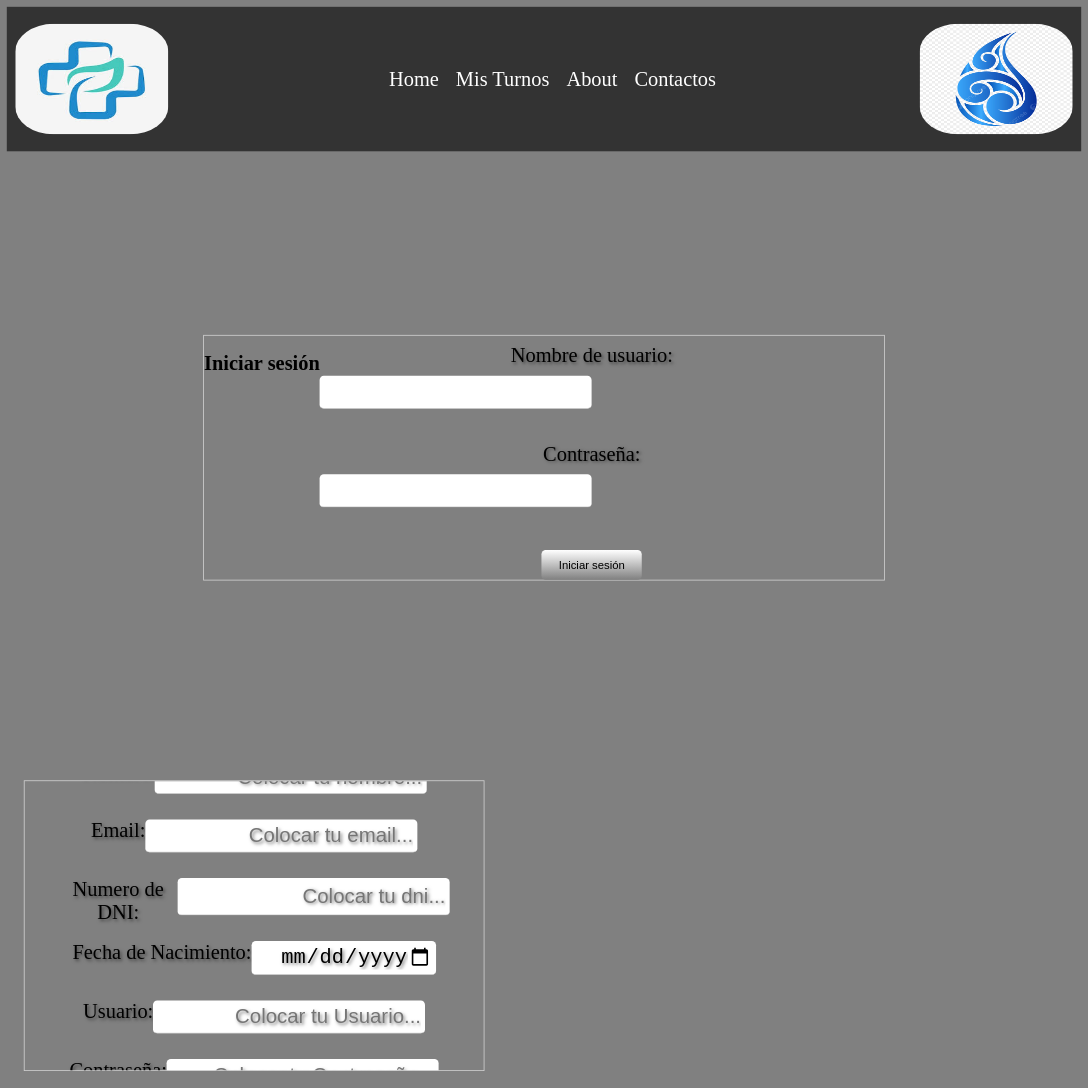
Repository: mauro8778/TurnoClinica
Page: / (app in front/vite-project/)
These files come from the project's save history. The page is drawn as it stood at one moment and after the next save; the edit follows.
The browser window is 1280 px wide. The pictures show the whole page, at 85% of full size.
The project was rebuilt for these pictures with package versions that can differ from the ones it lists, and the page was loaded fresh each time. Also part of the build but not shown: front/vite-project/vite.config.js.

Above is the page before, as saved 2024-04-14 14:05:42.

### front/vite-project/src/App.jsx

import "./index.css"
import NavBar from "./components/NavBar/NavBar.jsx";
import Login from "./views/Login/Login"
import Register from "./views/Register/Register.jsx";


function App() {


  return (
    <>
    <NavBar/>
  <Login/>
  <Register/>
    </>


  )
}

export default App

### front/vite-project/src/index.css
body{

  background-color: grey;
}

### front/vite-project/src/components/NavBar/NavBar.jsx

import  "./NavBar.css";
import hospital from "../../assets/hospital.jpg"
import logo from "../../assets/logo.jpg"


const NavBar=()=>{

    return(
    <>

    <div className="navbar">
      <img src={hospital} alt="Imagen 1" className="left-image" />
      <ul className="nav-list">
        <li>Home</li>
        <li>Mis Turnos </li>
        <li>About</li>
        <li>Contactos </li>
      </ul>
      <img src={logo} alt="Imagen 2" className="right-image" />
    </div>


    </>
    )
}
export default NavBar;

### front/vite-project/src/views/Login/Login.jsx
import { useState } from "react";
import axios from "axios"
import "./login.css";

const LoginForm = () => {
  const [credentials, setCredentials] = useState({
    username: "",
    password: ""
  });

  const [error, setError] = useState("");

  const handleInputChange = (event) => {
    const { name, value } = event.target;
    setCredentials({
      ...credentials,
      [name]: value
    });
  };

  const handleFormSubmit = async (event) => {
    event.preventDefault();
    if (!credentials.username && !credentials.password) {
        setError("Faltan rellenar los campos de usuario y contraseña");
        return;
      }
      if (!credentials.username) {
        setError("Falta colocar el nombre de usuario");
        return;
      }
      if (!credentials.password) {
        setError("Falta colocar la contraseña");
        return;
      }
    try {
        const response = await axios.post("http://localhost:3000/users/loguin", credentials);
        if (response.status === 200) {
          alert("Inicio de sesión exitoso");
        } else {
          setError("Credenciales inválidas");
        }
    } catch (error) {
        if (error.response && error.response.status === 400) {
          setError("Usuario inexistente");
        } else if (error.response && error.response.status === 401) {
          setError("Contraseña incorrecta");
        } else {
          setError ("Error al iniciar sesión. Por favor, inténtalo de nuevo más tarde");
        }
    }
};
  return (
    <div className="card-container">
    <div className="card">
      <h2>Iniciar sesión</h2>
      <form onSubmit={handleFormSubmit} className="form-container">
        <div className="input-container">
          <label htmlFor="username">Nombre de usuario:</label>
          <input
            type="text"
            id="username"
            name="username"
            value={credentials.username}
            onChange={handleInputChange}
          />
        </div>
        <div className="input-container">
          <label htmlFor="password">Contraseña:</label>
          <input
            type="password"
            id="password"
            name="password"
            value={credentials.password}
            onChange={handleInputChange}
          />
        </div>
        {error && <p className="error">{error}</p>}
        <button type="submit">Iniciar sesión</button>
      </form>
    </div>
  </div>
);
};

export default LoginForm;

### front/vite-project/src/views/Register/Register.jsx

import { useState, useEffect } from "react";
import "../Register/Register.css";
import { Validate } from "../../helper/validate";
import axios from "axios";

const Register = () => {
  const [userData, setUserData] = useState({
    name: "",
    email: "",
    nDni: "",
    birthdate: "",
    username: "",
    password: ""
  });

  const [errors, setErrors] = useState({
    name: "",
    email: "",
    nDni: "",
    birthdate: "",
    username: "",
    password: ""
  });

  const [formSubmitted, setFormSubmitted] = useState(false);

  const handleInputChange = (event) => {
    const { name, value } = event.target;
    setUserData({
      ...userData,
      [name]: value
    });
  };

  const handleFormSubmit = (event) => {
    event.preventDefault();
    setFormSubmitted(true);
  };

  useEffect(() => {
    if (formSubmitted) {
      const currentErrors = Validate(userData);
      setErrors(currentErrors);

      const noErrors = Object.values(currentErrors).every(
        (error) => error === ""
      );

      if (noErrors) {
        axios
          .post("http://localhost:3000/users/register", userData)
          .then(() => {
            alert("Usuario creado con éxito");
            setFormSubmitted(false);
            setUserData({
              name: "",
              email: "",
              nDni: "",
              birthdate: "",
              username: "",
              password: ""
            });
            setErrors({
              name: "",
              email: "",
              nDni: "",
              birthdate: "",
              username: "",
              password: ""
            });
          })
          .catch((error) => {
            console.error("Error al enviar los datos:", error);
          });
      }
    }
  }, [formSubmitted, userData]);

  return (
    <>
      <div className="tarjeta">
        <div className="contenido">
          <h2>Formulario de Registro</h2>
          <form onSubmit={handleFormSubmit}>
            <label htmlFor="name">
              Nombre:
              <input
                type="text"
                value={userData.name}
                name="name"
                placeholder="Colocar tu nombre..."
                onChange={handleInputChange}
              />
            </label>
            {formSubmitted && <p className="error">{errors.name}</p>}

            <label htmlFor="email">
              Email:
              <input
                type="text"
                value={userData.email}
                name="email"
                placeholder="Colocar tu email..."
                onChange={handleInputChange}
              />
            </label>
            {formSubmitted && <p className="error">{errors.email}</p>}

            <label htmlFor="nDni">
              Numero de DNI:
              <input
                type="text"
                value={userData.nDni}
                name="nDni"
                placeholder="Colocar tu dni..."
                onChange={handleInputChange}
              />
            </label>
            {formSubmitted && <p className="error">{errors.nDni}</p>}

            <label htmlFor="birthdate">
              Fecha de Nacimiento:
              <input
                type="date"
                value={userData.birthdate}
                name="birthdate"
                placeholder="Colocar tu Fecha de Nacimiento..."
                onChange={handleInputChange}
              />
            </label>
            {formSubmitted && <p className="error">{errors.birthdate}</p>}

            <label htmlFor="username">
              Usuario:
              <input
                type="text"
                value={userData.username}
                name="username"
                placeholder="Colocar tu Usuario..."
                onChange={handleInputChange}
              />
            </label>
            {formSubmitted && <p className="error">{errors.username}</p>}

            <label htmlFor="password">
              Contraseña:
              <input
                type="password"
                value={userData.password}
                name="password"
                placeholder="Colocar tu Contraseña..."
                onChange={handleInputChange}
              />
            </label>
            {formSubmitted && <p className="error">{errors.password}</p>}

            <button type="submit">Enviar</button>
          </form>
        </div>
      </div>
    </>
  );
};

export default Register;

### front/vite-project/src/components/NavBar/NavBar.css
.navbar {
  display: flex;
  justify-content: space-between;
  align-items: center;
  background-color: #333;
  padding: 10px;
  height: 150px;
}

.nav-list {
  list-style: none;
  display: flex;
  margin: 0;
  padding: 0;
}

.nav-list li {
  margin-left: 20px;
  color: white;
  font-size: 1.5rem;
}

.left-image,
.right-image {
  width: 180px;
  height: 130px;
  border-radius: 25%;
}

### front/vite-project/src/views/Login/login.css
.card-container {
  display: flex;
  justify-content: center;
  align-items: center;
  height: 100vh;
}
.centered{
  text-align: center;
  font-size: 3rem;
  color: black;
  padding: 10px 20px;
  text-shadow: 2px 2px 4px rgba(0, 0, 0, 0.5);
}
label{
  text-align: center;
  font-size: 1.5rem;
  color: black;
  padding: 10px 20px;
  border-radius: 5px;
  text-shadow: 2px 2px 4px rgba(0, 0, 0, 0.5);
  display: flex;
  justify-content: center;

}
input{
  text-align: right;
  font-size: 1.5rem;
  color: black;
  padding: 10px 20px;
  border-radius: 5px;
  text-shadow: 2px 2px 4px rgba(0, 0, 0, 0.5);
}

.card {
  display: flex;
  border: 1px solid #ccc;
  width: 80%;
  max-width: 800px;
}

.left-column,
.right-column {
  flex: 1;
  padding: 20px;
  background: linear-gradient(white,grey) ;
  display: flex;
  justify-content: center;
  align-items: center;
}

.left-column {
  border-right: 1px solid #ccc;
  background: linear-gradient(white,grey);
  display: flex;
  justify-content: center;
  align-items: center;
}

.right-column {
  display: flex;
  flex-direction: column;
  align-items: center;
  padding: 20px; }

.right-column h2 {
  margin-bottom: 20px;
}

.form-container {
  width: 80%;
  text-align: center;
}

.input-container {
  width: 100%;
  margin-bottom: 20px;
  text-align: left;
}

.error {
  color: red;
  text-align: center;
}

.button-container {
  margin: 0 5px;
}


.botones{
  display: flex;
  justify-content: space-between;
  align-items: center;
}
button {
  padding: 10px 20px;
  background: linear-gradient(white, grey);
  transition: background-color 0.3s ease;
  text-decoration: none;
  color: #333;
  border-radius: 5px;
}
button:hover {
  background-color: rgba(0, 0, 0, 0.1);
}
.Links {
  padding: 10px 20px;
  background: linear-gradient(white, grey);
  transition: background-color 0.3s ease;
  text-decoration: none;
  color: #333;
  border-radius: 5px;
}
.Links:hover {
  background-color: rgba(0, 0, 0, 0.1);
}

### front/vite-project/src/views/Register/Register.css
.tarjeta {
    display: flex;
    flex-direction: column;
    justify-content: center;
    align-items: center;
    width: 500px;
    height: 300px;
    margin: 20px;
    padding: 20px;
    position: relative;
    overflow: hidden;
    border: 1px solid #ccc;
    background-color: transparent;
    transition: all 0.3s ease;
  }

  .tarjeta:hover {
    transform: scale(1.05);
    box-shadow: 0 0 10px rgba(0, 0, 0, 0.2);
  }

  .contenido {
    display: flex;
    flex-direction: column;
    align-items: center;
  }

  .contenido h2 {
    color: black;
  }

  button {
    margin-top: 20px;
    padding: 10px 20px;
    background-color: transparent;
    border: none;
    color: black;
    cursor: pointer;
  }

  button:hover {
    background-color: #ccc;
  }

  input {
    margin-bottom: 10px;
    padding: 5px;
    border: none;
    border-bottom: 1px solid #ccc;
    outline: none;
  }
  input:focus {
    border-bottom-color: black;
  }
  .error{
color: red;
  }

### front/vite-project/src/helper/validate.js
export const Validate = (input) => {
    const errors = {};

    const nameRegex = /^[A-Za-z]{1,20}$/;
    if (!nameRegex.test(input.name)) {
        errors.name = "El nombre debe contener solo letras y tener máximo 20 caracteres";
    }

    const emailRegex = /^[^\s@]+@[^\s@]+\.[^\s@]+$/;
    if (!emailRegex.test(input.email)) {
        errors.email = "El email no es válido";
    }

    const nDniRegex = /^\d{1,8}$/;
    if (!nDniRegex.test(input.nDni)) {
        errors.nDni = "El número de DNI debe contener solo números y tener máximo 8 dígitos";
    }

    const birthdateRegex = /^(19|20)\d\d-(0[1-9]|1[0-2])-(0[1-9]|[12][0-9]|3[01])$/;
    if (!birthdateRegex.test(input.birthdate)) {
        errors.birthdate = "La fecha de nacimiento no es válida";
    }

    const usernameRegex = /^[A-Za-z0-9_]{3,20}$/;
    if (!usernameRegex.test(input.username)) {
        errors.username = "El nombre de usuario debe contener solo letras, números y guiones bajos, y tener entre 3 y 20 caracteres";
    }

    const passwordRegex = /^.{8,}$/;
    if (!passwordRegex.test(input.password)) {
        errors.password = "La contraseña debe tener al menos 8 caracteres";
    }

    return errors;
};

Loaded but not shown: front/vite-project/index.html (common file); front/vite-project/src/main.jsx (common file)

After the next save:
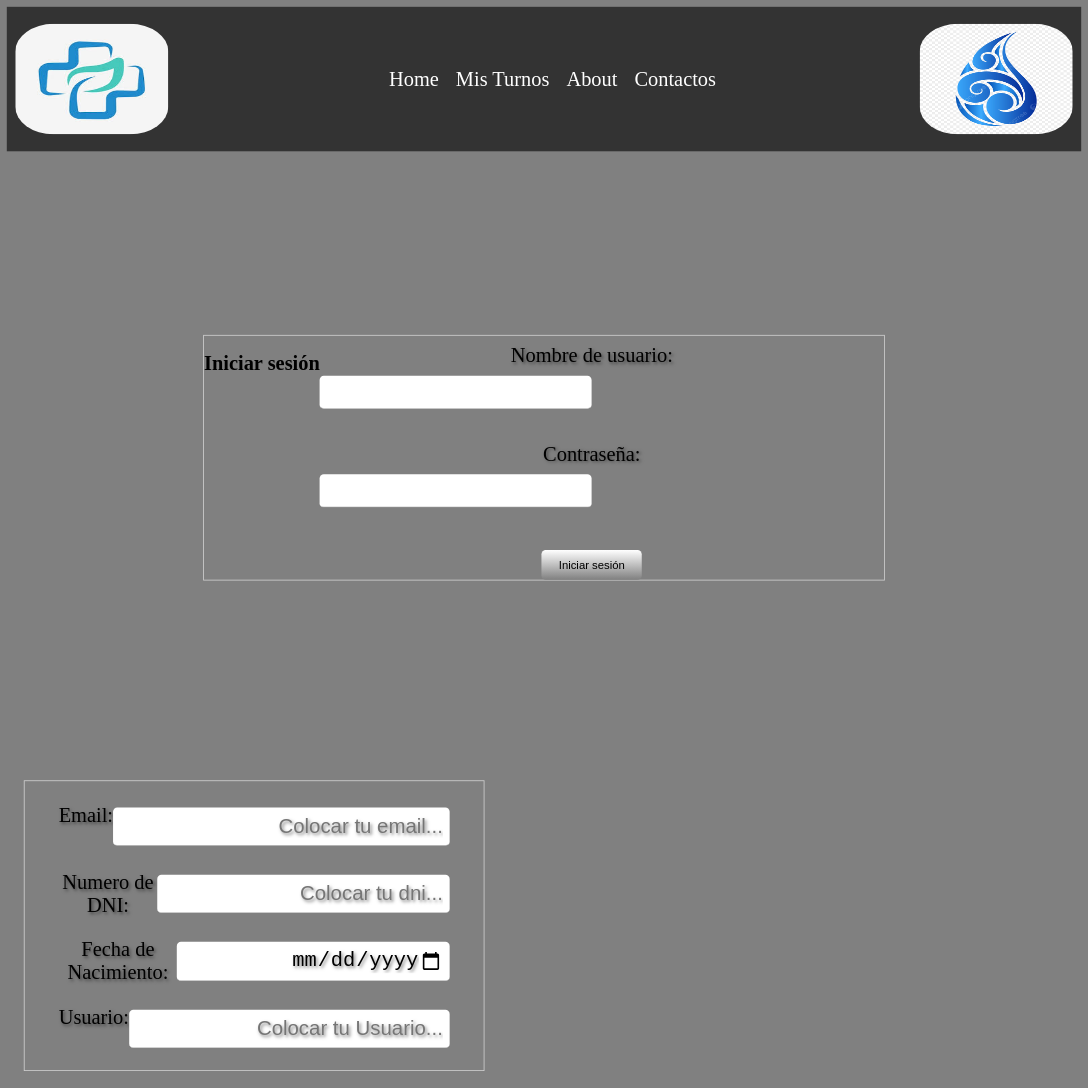
Saved 2 min 8 s later.
--- a/front/vite-project/src/views/Register/Register.css
+++ b/front/vite-project/src/views/Register/Register.css
@@ -54,4 +54,10 @@
   }
   .error{
 color: red;
+
   }
+  .contenido label input {
+    width: 100%; /* Establece el ancho del input al 100% del contenedor */
+    padding: 8px;
+    margin-top: 4px;
+  }
